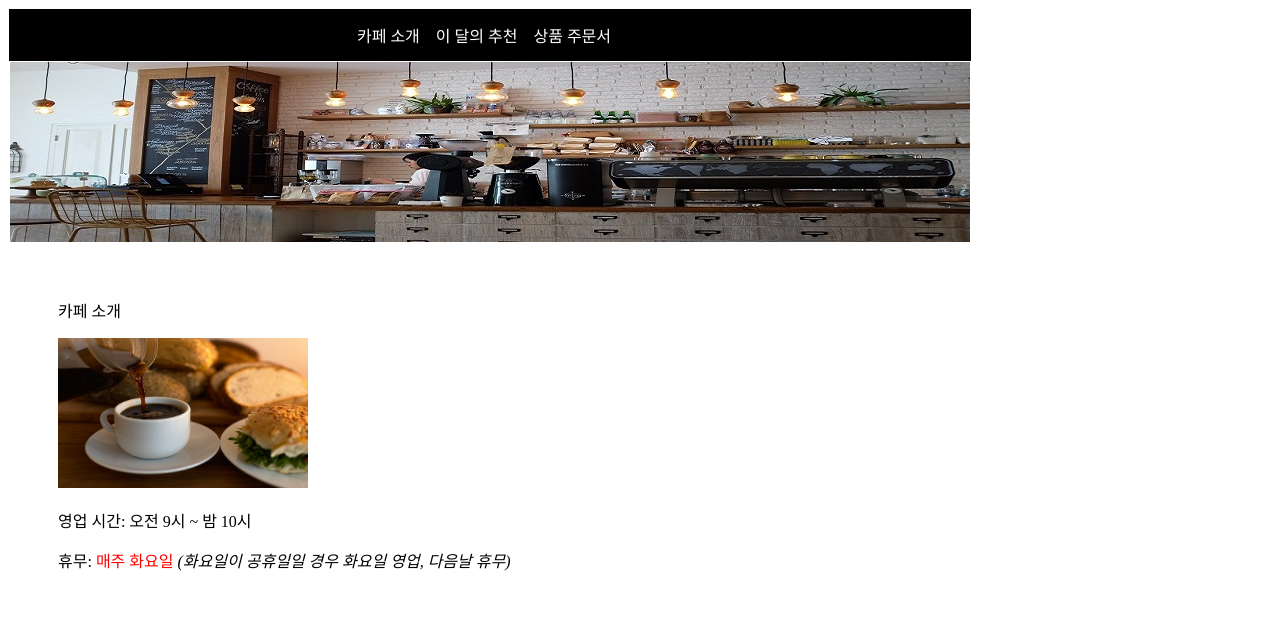
Repository: jpg723/Assignment
Page: http://localhost/mid/
These files come from the project's save history. The page is drawn as it stood at one moment and after the next save; the edit follows.
The browser window is 1280 px wide. The pictures show the whole page.
The page is served by Tomcat 9.

Above is the page before, as saved 2021-11-01 12:07:47.

### 웹프로그래밍/mid/src/main/webapp/index.jsp
<%@ page language="java" contentType="text/html; charset=UTF-8"
    pageEncoding="UTF-8"%>
<!DOCTYPE html>
<html>
<head>
<meta charset="UTF-8">
<style>
	td.t1{
		margin: 100px;
		padding: 50px
	}
	td.t2 {
		width: 100px;
	}
	tr{
		border-style: hidden;
	}
	table.t{
		border-style: hidden;
	}
</style>
<title>NAMOO Cafe</title>
</head>
<body>
<table class="t">
	<tr>
		<td><%@include file="header.jsp" %></td>
	</tr>
	<tr>
		<td class="t1">
			카페 소개
			<p><img src="images/coffee1.jpg" width="250" height="150">
			<p>영업 시간: 오전 9시 ~ 밤 10시
			<p>휴무:
			<span style="color: red;">매주 화요일</span>
			<span style=" font-style: italic;">(화요일이 공휴일일 경우 화요일 영업, 다음날 휴무)</span>
		</td>
	</tr>
</table>
</body>
</html>

### 웹프로그래밍/mid/src/main/webapp/header.jsp
<%@ page language="java" contentType="text/html; charset=UTF-8"
    pageEncoding="UTF-8"%>
<!DOCTYPE html>
<html>
<head>
<meta charset="UTF-8">
<style>
	table {
		border-collapse: collapse;

	}
	td.box{
		background-color: black;
		height: 50px;
		text-align: center;
		border-style: hidden;
	}
	tr{
		border-style: hidden;
	}
</style>
<title>header.jsp</title>
</head>
<body>
<div id = "div" align="center">
	<table>
		<tr>
			<td class="box">
				<a href="index.jsp" style="color: white; text-decoration : none;">카페 소개&nbsp;&nbsp;&nbsp;</a>
				<a href="#" style="color: white; text-decoration : none;">이 달의 추천&nbsp;&nbsp;&nbsp;</a>
				<a href="order.jsp" style="color: white; text-decoration : none;">상품 주문서&nbsp;&nbsp;&nbsp;</a>
			</td>
		</tr>
		<tr>
			<td><img src="images/header_s.jpg"><td>
		</tr>
	</table>
</div>
</body>
</html>

After the next save:
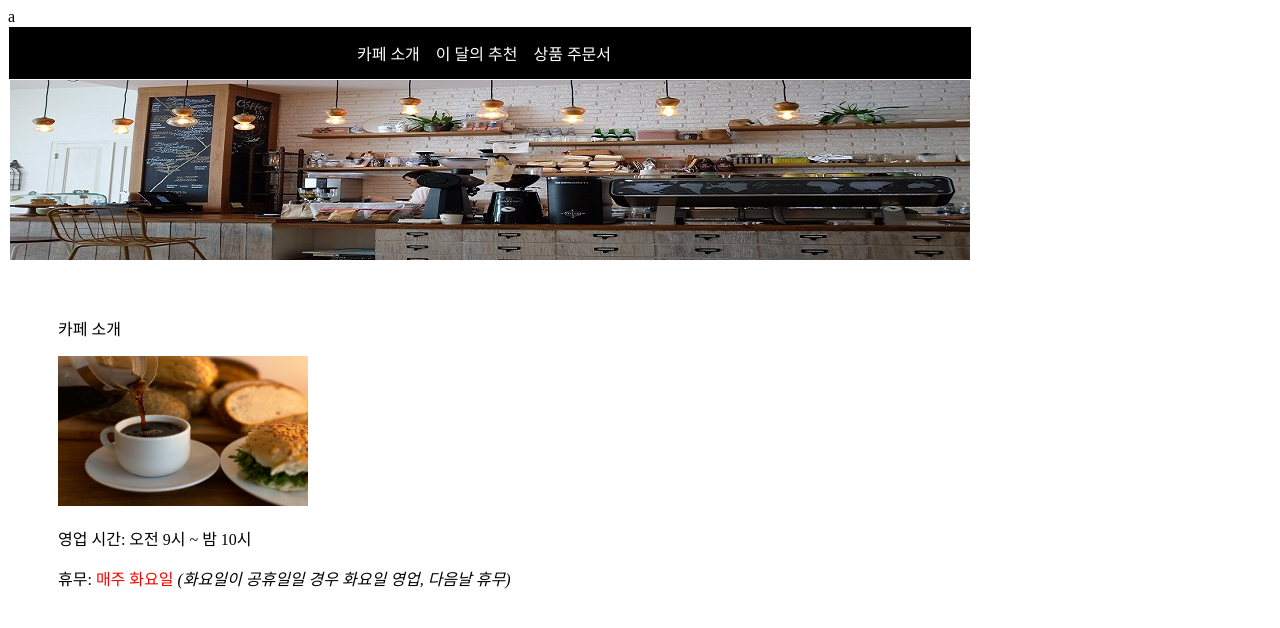
Saved 28 s later.
--- a/웹프로그래밍/mid/src/main/webapp/index.jsp
+++ b/웹프로그래밍/mid/src/main/webapp/index.jsp
@@ -36,6 +36,9 @@
 			<span style=" font-style: italic;">(화요일이 공휴일일 경우 화요일 영업, 다음날 휴무)</span>
 		</td>
 	</tr>
+	<tr>
+	a
+	</tr>
 </table>
 </body>
 </html>

After the save that followed:
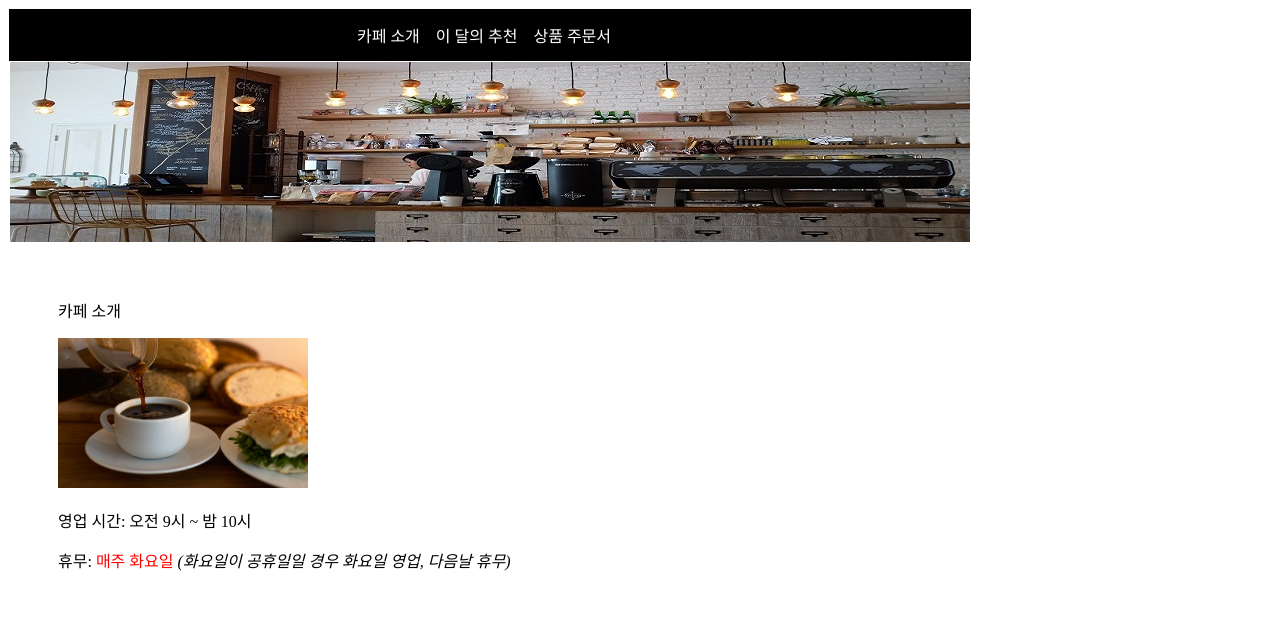
Saved 17 s later.
--- a/웹프로그래밍/mid/src/main/webapp/index.jsp
+++ b/웹프로그래밍/mid/src/main/webapp/index.jsp
@@ -37,7 +37,7 @@
 		</td>
 	</tr>
 	<tr>
-	a
+		<td></td>
 	</tr>
 </table>
 </body>
